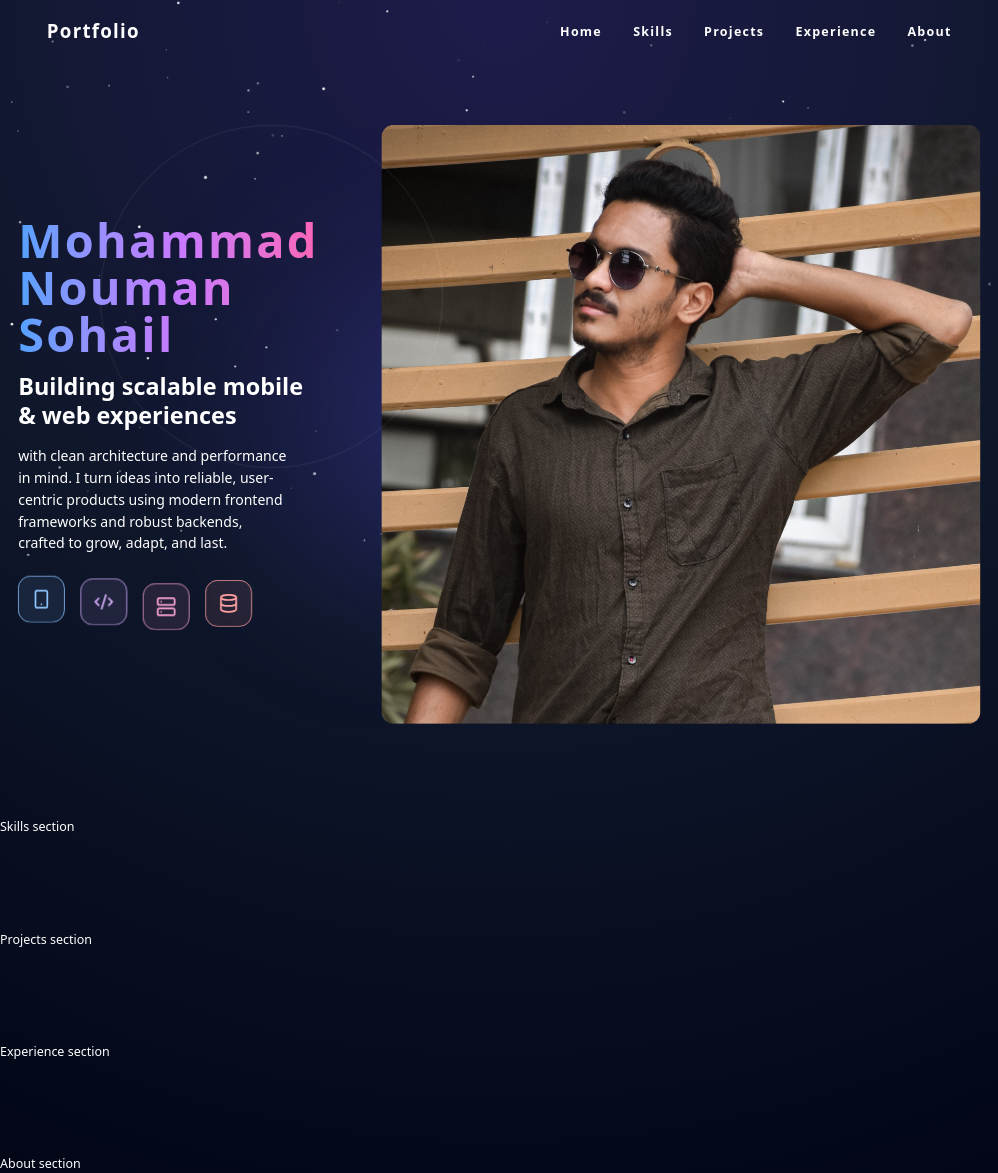
Repository: NoumanSohail/Nouman-Sohail-Portfolio
Page: /
These files come from the project's save history. The page is drawn as it stood at one moment and after the next save; the edit follows.
The browser window is 1280 px wide. The pictures show the whole page, at 78% of full size.
The project was rebuilt for these pictures with package versions that can differ from the ones it lists, and the page was loaded fresh each time. The framework's server and built-in components were replaced by stand-ins that run in the browser. Also part of the build but not shown: next.config.ts.

Above is the page before, as saved 2026-01-24 19:54:32.

After the next save:
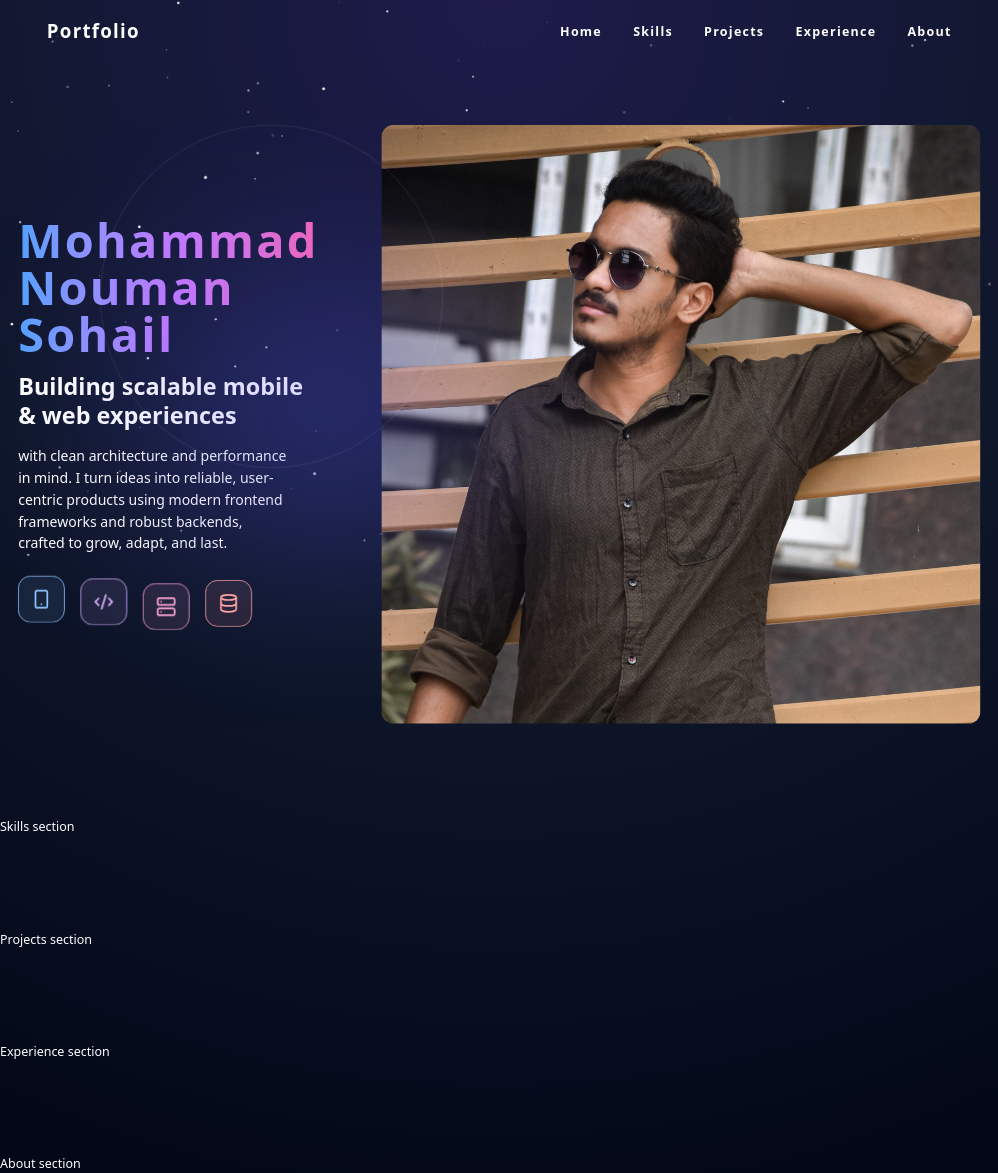
Saved 23 s later.
--- a/app/components/sections/Hero.tsx
+++ b/app/components/sections/Hero.tsx
@@ -12,14 +12,14 @@ const Hero = () => {
       <div className="absolute inset-0 pointer-events-none">
         {/* 🔮 Glowing Orb (UNDER the circle) */}
         <div
-          className="absolute inset-0 mx-auto my-auto
-               w-[35%] h-[35%]
-               bg-indigo-500 rounded-full
-               blur-[140px] opacity-40
-               animate-pulse
-               [animation-delay:600ms]
-               [animation-duration:2.5s]
-               -z-10"
+          className="absolute left-[15%] top-[30%]
+             w-[35%] h-[35%]
+             bg-indigo-500 rounded-full
+             blur-[140px] opacity-40
+             animate-pulse
+             [animation-delay:600ms]
+             [animation-duration:2.5s]
+             z-0"
         />
 
         {/* 🌀 Orbiting Circle (ON TOP) */}
